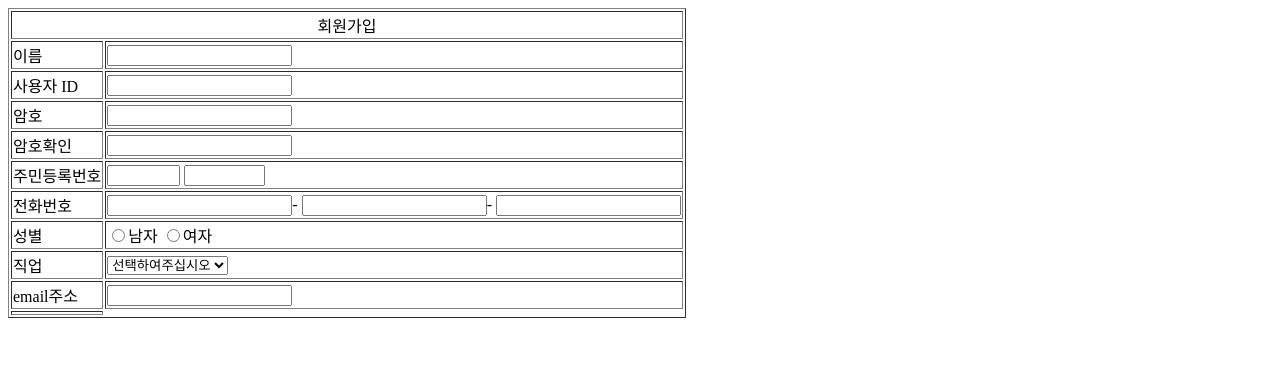
Repository: sonic247897/multicampus-web
Page: clientweb/WebContent/html/customer.html
The author's editor kept a copy of each file at every save. The page is drawn from the files as they stood at one save, then again after the next save.
The browser window is 1280 px wide. The pictures show the whole page.

Above is the page before, as saved 2020-01-02 07:57:56.

After the next save:
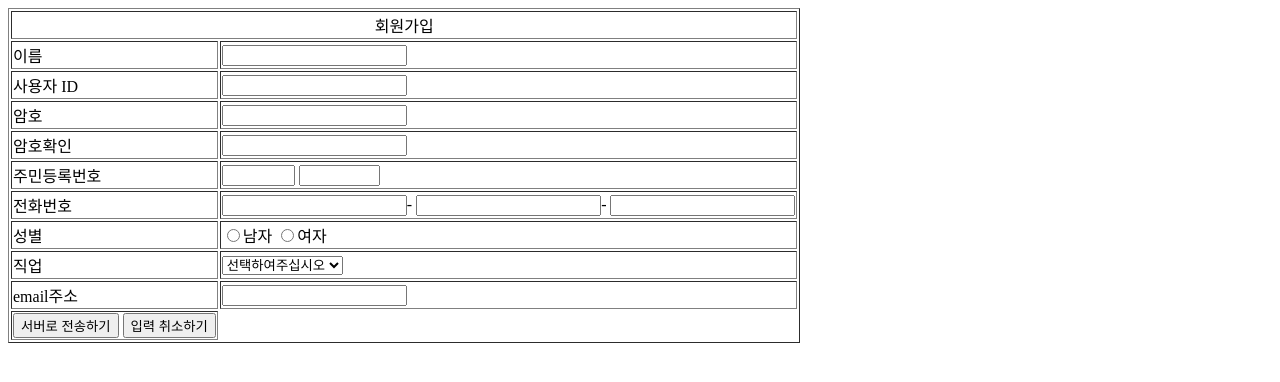
Saved 28 s later.
--- a/clientweb/WebContent/html/customer.html
+++ b/clientweb/WebContent/html/customer.html
@@ -80,7 +80,10 @@
 		</tr>
 
 		<tr>
-			<td></td>
+			<td>
+			<input type="submit" value = "서버로 전송하기">
+			<input type="reset" value="입력 취소하기">
+			</td>
 		</tr>
 
 	</form>
